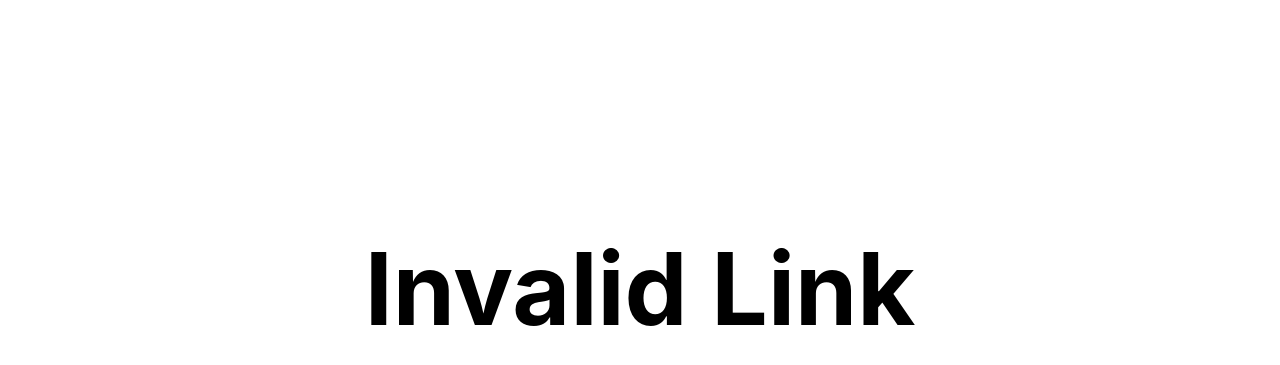
Repository: SaudCh/Web-Mid-Exams
Page: /error
The author's editor kept a copy of each file at every save. The page is drawn from the files as they stood at one save, then again after the next save.
The browser window is 1280 px wide. The pictures show the whole page.
The project was rebuilt for these pictures with package versions that can differ from the ones it lists, and the page was loaded fresh each time. Also part of the build but not shown: src/Home/home.jsx.

Above is the page before, as saved 2021-11-22 00:19:29.

After the next save:
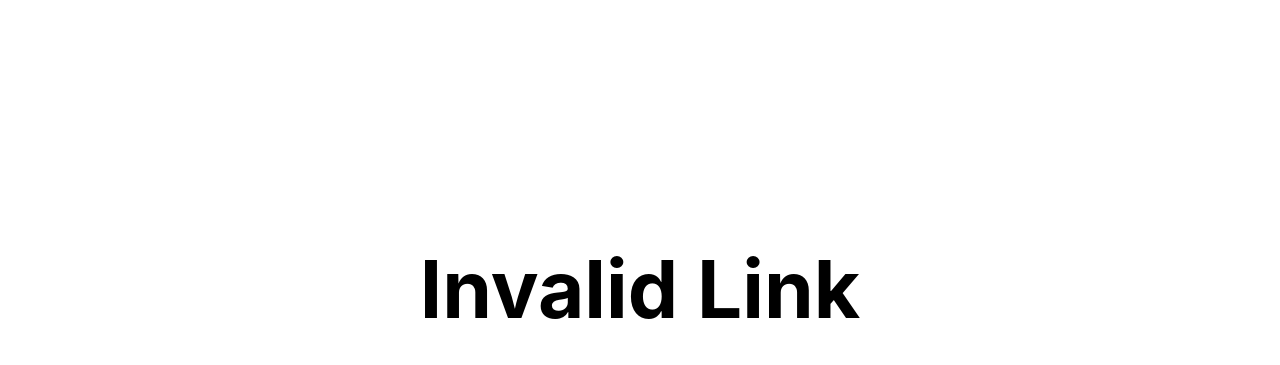
Saved 10 s later.
--- a/src/Error/error.jsx
+++ b/src/Error/error.jsx
@@ -10,7 +10,7 @@
         justifyContent: "center",
       }}
     >
-      <h1 style={{ fontSize: 100 }}>Invalid Link</h1>
+      <h1 style={{ fontSize: 80 }}>Invalid Link</h1>
     </div>
   );
 }
